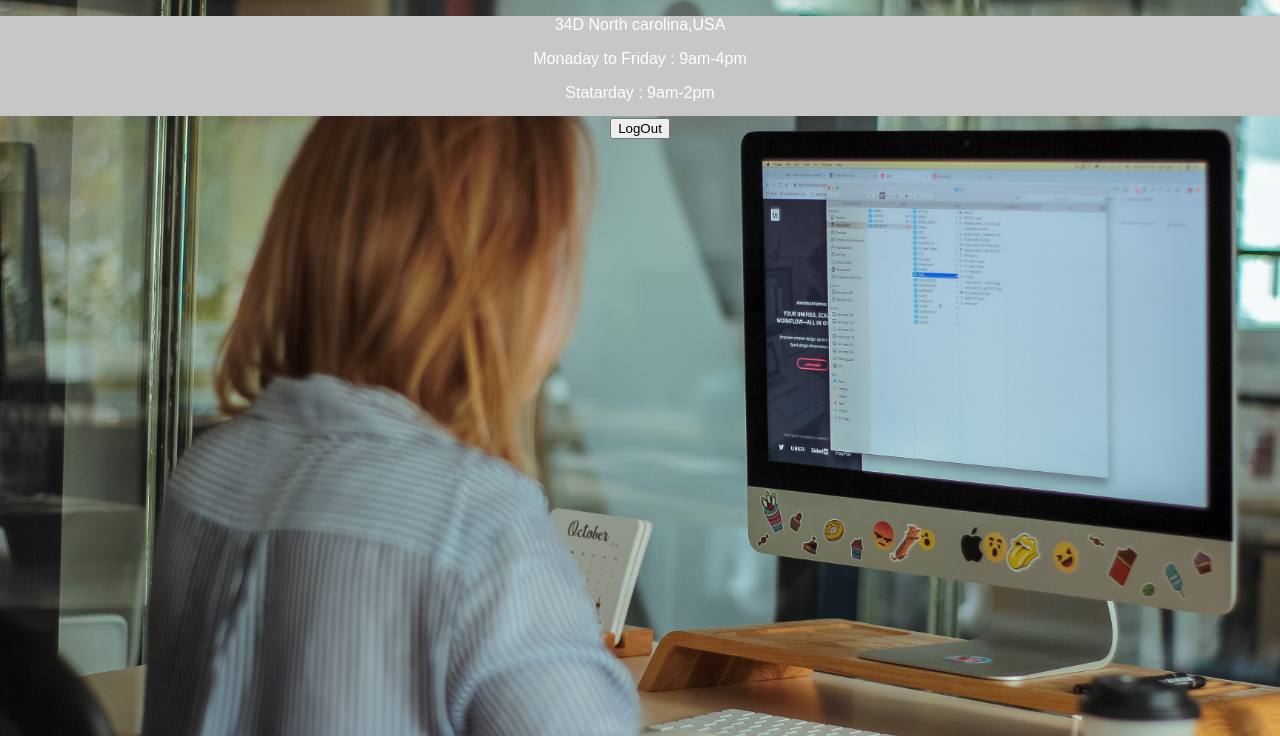
Repository: MyselfAman/Login_Page_Servlet
Page: http://localhost/Login_Page/About_Us.jsp
The author's editor kept a copy of each file at every save. The page is drawn from the files as they stood at one save, then again after the next save.
The browser window is 1280 px wide. The pictures show the whole page.
The page is served by Tomcat 9. The session is filled in as if someone had signed in: {"name": "Test User"}.

Above is the page before, as saved 2019-08-08 06:09:20.

After the next save:
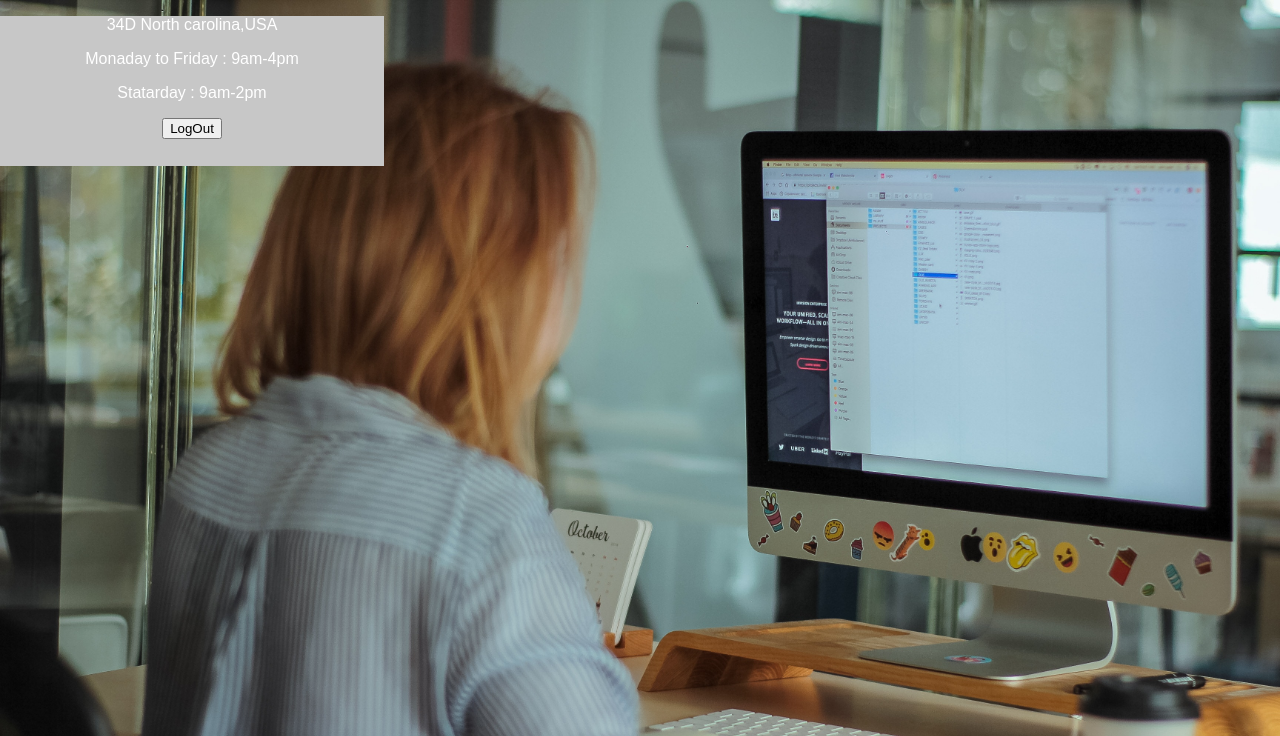
Saved 32 s later.
--- a/Login_Page/WebContent/About_Us.css
+++ b/Login_Page/WebContent/About_Us.css
@@ -13,5 +13,6 @@ body {
 
 div{
 	background-color:#c7c7c7;
-	height:100px;
+	height:150px;
+	width:30%;
 }
